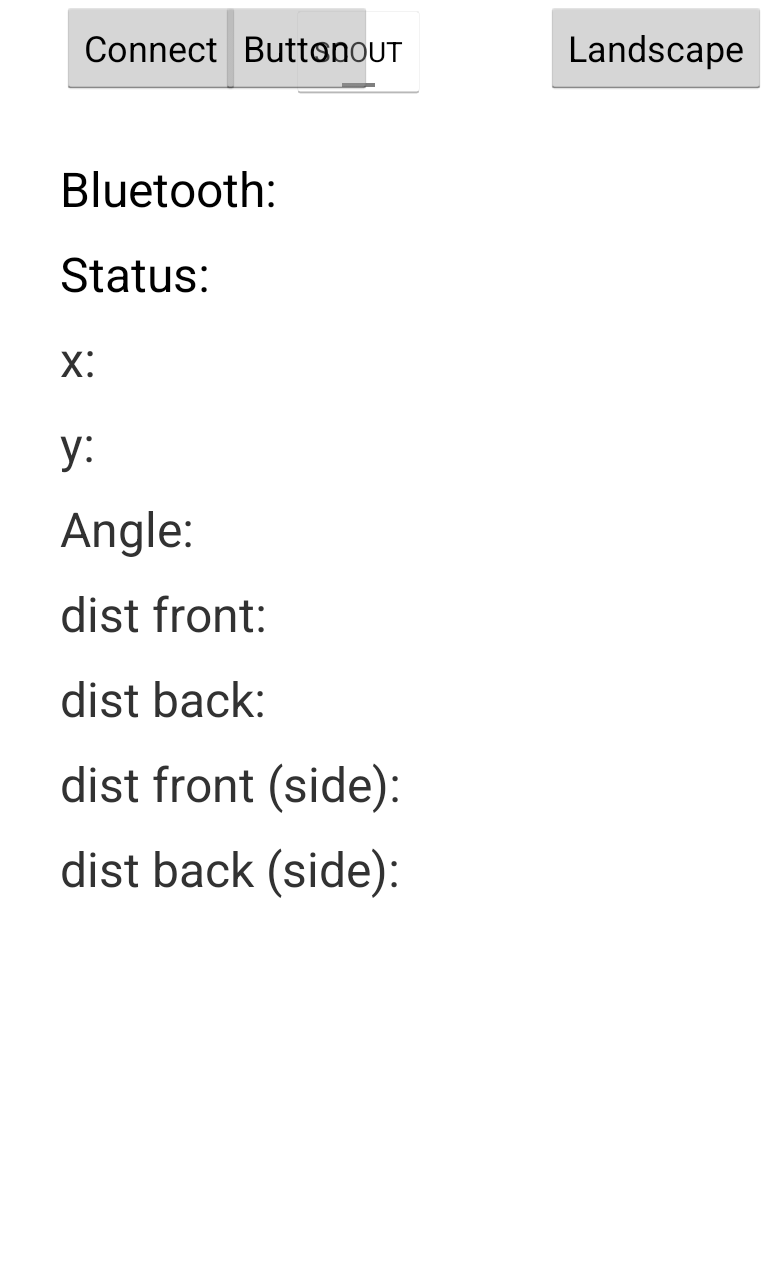
Repository: VietPhamTuyen/HSAMR_HMI_Viet
Layout: NXT/NXT Fernsteuerung/res/layout/fragment_main_pane2l.xml
The author's editor kept a copy of each file at every save. The layout is drawn from the files as they stood at one save, then again after the next save.
It is drawn on a 768 x 1280 px phone screen (xhdpi) without system bars, with theme AppTheme; the app's code is not run.

Above is the layout before, as saved 2014-11-15 13:44:23.

### NXT/NXT Fernsteuerung/res/layout/fragment_main_pane2l.xml
<RelativeLayout xmlns:android="http://schemas.android.com/apk/res/android"
    xmlns:tools="http://schemas.android.com/tools"
    android:id="@+id/RelativeLayout1"
    android:layout_width="match_parent"
    android:layout_height="match_parent"
    android:orientation="vertical" >

    <Button
        android:id="@+id/buttonSetupBluetooth"
        android:layout_width="wrap_content"
        android:layout_height="wrap_content"
        android:layout_alignParentLeft="true"
        android:layout_alignParentRight="false"
        android:layout_alignParentTop="true"
        android:layout_marginBottom="30dp"
        android:layout_marginLeft="30dp"
        android:text="@string/setupBluetooth" />

    <TextView
        android:id="@+id/textViewLabelBluetooth"
        android:layout_width="wrap_content"
        android:layout_height="wrap_content"
        android:layout_alignParentLeft="true"
        android:layout_below="@+id/buttonSetupBluetooth"
        android:layout_toLeftOf="@+id/textViewValueBluetooth"
        android:paddingLeft="30dp"
        android:text="@string/bluetooth_label"
        android:textAppearance="?android:attr/textAppearanceLarge"
        android:textSize="24dp" />

    <TextView
        android:id="@+id/textViewValueBluetooth"
        android:layout_width="wrap_content"
        android:layout_height="wrap_content"
        android:layout_alignBaseline="@+id/textViewLabelBluetooth"
        android:layout_alignParentRight="true"
        android:layout_alignParentTop="true"
        android:gravity="right"
        android:paddingRight="30dp"
        android:textAppearance="?android:attr/textAppearanceLarge"
        android:textSize="24dp" />

    <TextView
        android:id="@+id/textViewValueLabel"
        android:layout_width="wrap_content"
        android:layout_height="wrap_content"
        android:layout_alignParentLeft="true"
        android:layout_below="@+id/textViewLabelBluetooth"
        android:layout_marginTop="10dp"
        android:layout_toLeftOf="@+id/textViewValueStatus"
        android:paddingLeft="30dp"
        android:text="@string/textview_status"
        android:textAppearance="?android:attr/textAppearanceLarge"
        android:textSize="24dp" />

    <TextView
        android:id="@+id/textViewValueStatus"
        android:layout_width="wrap_content"
        android:layout_height="wrap_content"
        android:layout_alignBaseline="@+id/textViewValueLabel"
        android:layout_alignParentRight="true"
        android:layout_alignTop="@+id/textViewValueLabel"
        android:gravity="right"
        android:paddingRight="30dp"
        android:textAppearance="?android:attr/textAppearanceLarge"
        android:textSize="24dp" />

    <TextView
        android:id="@+id/textViewLabelX"
        android:layout_width="wrap_content"
        android:layout_height="wrap_content"
        android:layout_alignParentLeft="true"
        android:layout_below="@+id/textViewValueLabel"
        android:layout_marginTop="10dp"
        android:layout_toLeftOf="@+id/textViewValueX"
        android:paddingLeft="30dp"
        android:text="@string/x_Value"
        android:textSize="24dp" />

    <TextView
        android:id="@+id/textViewValueX"
        android:layout_width="wrap_content"
        android:layout_height="34dp"
        android:layout_alignBaseline="@+id/textViewLabelX"
        android:layout_alignParentRight="true"
        android:layout_alignTop="@+id/textViewLabelX"
        android:gravity="right"
        android:paddingRight="30dp"
        android:textSize="24dp" >
    </TextView>

    <TextView
        android:id="@+id/textViewLabelY"
        android:layout_width="wrap_content"
        android:layout_height="wrap_content"
        android:layout_alignParentLeft="true"
        android:layout_below="@+id/textViewLabelX"
        android:layout_marginTop="10dp"
        android:layout_toLeftOf="@+id/textViewValueY"
        android:paddingLeft="30dp"
        android:text="@string/y_Value"
        android:textAppearance="?android:attr/textAppearanceSmall"
        android:textSize="24dp" />

    <TextView
        android:id="@+id/textViewValueY"
        android:layout_width="wrap_content"
        android:layout_height="wrap_content"
        android:layout_alignBaseline="@+id/textViewLabelY"
        android:layout_alignParentRight="true"
        android:layout_alignTop="@+id/textViewLabelY"
        android:gravity="right"
        android:paddingRight="30dp"
        android:textSize="24dp" >
    </TextView>

    <TextView
        android:id="@+id/TextViewLableAngle"
        android:layout_width="wrap_content"
        android:layout_height="wrap_content"
        android:layout_alignParentLeft="true"
        android:layout_below="@+id/textViewLabelY"
        android:layout_marginTop="10dp"
        android:layout_toLeftOf="@+id/TextViewValueAngle"
        android:paddingLeft="30dp"
        android:text="@string/angle_Value"
        android:textAppearance="?android:attr/textAppearanceSmall"
        android:textSize="24dp" />

    <TextView
        android:id="@+id/TextViewValueAngle"
        android:layout_width="wrap_content"
        android:layout_height="wrap_content"
        android:layout_alignBaseline="@+id/TextViewLableAngle"
        android:layout_alignParentRight="true"
        android:layout_alignTop="@+id/TextViewLableAngle"
        android:gravity="right"
        android:paddingRight="30dp"
        android:textSize="24dp" />

    <TextView
        android:id="@+id/textViewLabelDistanceFront"
        android:layout_width="wrap_content"
        android:layout_height="wrap_content"
        android:layout_alignParentLeft="true"
        android:layout_below="@+id/TextViewLableAngle"
        android:layout_marginTop="10dp"
        android:layout_toLeftOf="@+id/textViewValueDistanceFront"
        android:paddingLeft="30dp"
        android:text="@string/distance_front_value"
        android:textSize="24dp" />

    <TextView
        android:id="@+id/textViewValueDistanceFront"
        android:layout_width="wrap_content"
        android:layout_height="wrap_content"
        android:layout_alignBaseline="@+id/textViewLabelDistanceFront"
        android:layout_alignParentRight="true"
        android:layout_alignTop="@+id/textViewLabelDistanceFront"
        android:gravity="right"
        android:paddingRight="30dp"
        android:textSize="24dp" />

    <TextView
        android:id="@+id/textViewLabelDistanceBack"
        android:layout_width="wrap_content"
        android:layout_height="wrap_content"
        android:layout_alignParentLeft="true"
        android:layout_below="@+id/textViewLabelDistanceFront"
        android:layout_marginTop="10dp"
        android:layout_toLeftOf="@+id/textViewValueDistanceBack"
        android:paddingLeft="30dp"
        android:text="@string/distance_back_value"
        android:textSize="24dp" />

    <TextView
        android:id="@+id/textViewValueDistanceBack"
        android:layout_width="wrap_content"
        android:layout_height="wrap_content"
        android:layout_alignBaseline="@+id/textViewLabelDistanceBack"
        android:layout_alignParentRight="true"
        android:layout_alignTop="@+id/textViewLabelDistanceBack"
        android:gravity="right"
        android:paddingRight="30dp"
        android:textSize="24dp" />

    <TextView
        android:id="@+id/textViewLabelDistanceFrontSide"
        android:layout_width="wrap_content"
        android:layout_height="wrap_content"
        android:layout_alignParentLeft="true"
        android:layout_below="@+id/textViewLabelDistanceBack"
        android:layout_marginTop="10dp"
        android:layout_toLeftOf="@+id/textViewValueDistanceFrontSide"
        android:paddingLeft="30dp"
        android:text="@string/distance_front_side_value"
        android:textSize="24dp" />

    <TextView
        android:id="@+id/textViewValueDistanceFrontSide"
        android:layout_width="wrap_content"
        android:layout_height="wrap_content"
        android:layout_alignBaseline="@+id/textViewLabelDistanceFrontSide"
        android:layout_alignParentRight="true"
        android:layout_alignTop="@+id/textViewLabelDistanceFrontSide"
        android:gravity="right"
        android:paddingRight="30dp"
        android:textSize="24dp" />

    <TextView
        android:id="@+id/textViewLabelDistanceBackSide"
        android:layout_width="wrap_content"
        android:layout_height="wrap_content"
        android:layout_alignParentLeft="true"
        android:layout_below="@+id/textViewLabelDistanceFrontSide"
        android:layout_marginTop="10dp"
        android:layout_toLeftOf="@+id/textViewValueDistanceBackSide"
        android:paddingLeft="30dp"
        android:text="@string/distance_back_side_value"
        android:textSize="24dp" />

    <TextView
        android:id="@+id/textViewValueDistanceBackSide"
        android:layout_width="wrap_content"
        android:layout_height="wrap_content"
        android:layout_alignBaseline="@+id/textViewLabelDistanceBackSide"
        android:layout_alignParentRight="true"
        android:layout_alignTop="@+id/textViewLabelDistanceBackSide"
        android:gravity="right"
        android:paddingRight="30dp"
        android:textSize="24dp" />

    <ToggleButton
        android:id="@+id/toggleMode"
        android:layout_width="wrap_content"
        android:layout_height="wrap_content"
        android:layout_alignBaseline="@+id/buttonSetupBluetooth"
        android:layout_alignBottom="@+id/buttonSetupBluetooth"
        android:layout_marginLeft="24dp"
        android:layout_toRightOf="@+id/buttonSetupBluetooth"
        android:onClick="onToggleClicked"
        android:text="@string/togglebutton"
        android:textOff="SCOUT"
        android:textOn="SCOUT" />

    <Button
        android:id="@+id/landscapebutton"
        android:layout_width="wrap_content"
        android:layout_height="wrap_content"
        android:layout_alignParentRight="true"
        android:layout_alignParentTop="true"
        android:onClick="LandscapeButton"
        android:text="@string/landscapeButton" />

    <Button
        android:id="@+id/button1"
        android:layout_width="wrap_content"
        android:layout_height="wrap_content"
        android:layout_alignParentTop="true"
        android:layout_marginRight="85dp"
        android:layout_toLeftOf="@+id/landscapebutton"
        android:text="Button" />

</RelativeLayout>

### NXT/NXT Fernsteuerung/res/values/strings.xml
<resources>
    <string name="app_name">RCTestapp</string>
    <string name="menu_settings">Settings</string>
    <string name="title_activity_main">RCTestapp</string>
    <string name="title_activity_position_visualization">PositionVisualization</string>
    <string name="x_Value">x:</string>
    <string name="y_Value">y:</string>
    <string name="title_paired_devices">Paired devices</string>
	<string name="title_other_devices">Other devices</string>
	<string name="title_activity_bluetooth">Bluetooth</string>
	<string name="setupBluetooth">Connect</string>
	<string name="text_scan_bt_devices">Scan for devices</string>
	<string name="bt_adapter_available">Bluetooth adapter available</string>
	<string name="toggle_text_pause">SCOUT</string>
	<string name="toggle_text_scout">SCOUT</string>
	<string name="togglebutton">ToggleButton</string>
	<string name="textview_status">Status:</string>
	<string name="angle_Value">Angle:</string>
	<string name="distance_front_value">dist front:</string>
	<string name="distance_front_side_value">dist front (side):</string>
	<string name="distance_back_value">dist back:</string>
	<string name="distance_back_side_value">dist back (side):</string>
	<string name="bluetooth_label">Bluetooth:</string>
	<string name="disconnetButton">Disconnect</string>
	<string name="bt_connect_hint">Please select a Robot from the list. Make sure it has been paired, is within bluetooth reach and has been set to connect mode.</string>


	<string name="landscapeButton">Landscape</string>
	<string name="portraitButton">Portrait</string>
	<string name="testButton">Test</string>
</resources>

Loaded but not shown: NXT/NXT Fernsteuerung/res/values-v11/styles.xml (common file); NXT/NXT Fernsteuerung/res/values-v14/styles.xml (common file); NXT/NXT Fernsteuerung/res/values/styles.xml (common file)

After the next save:
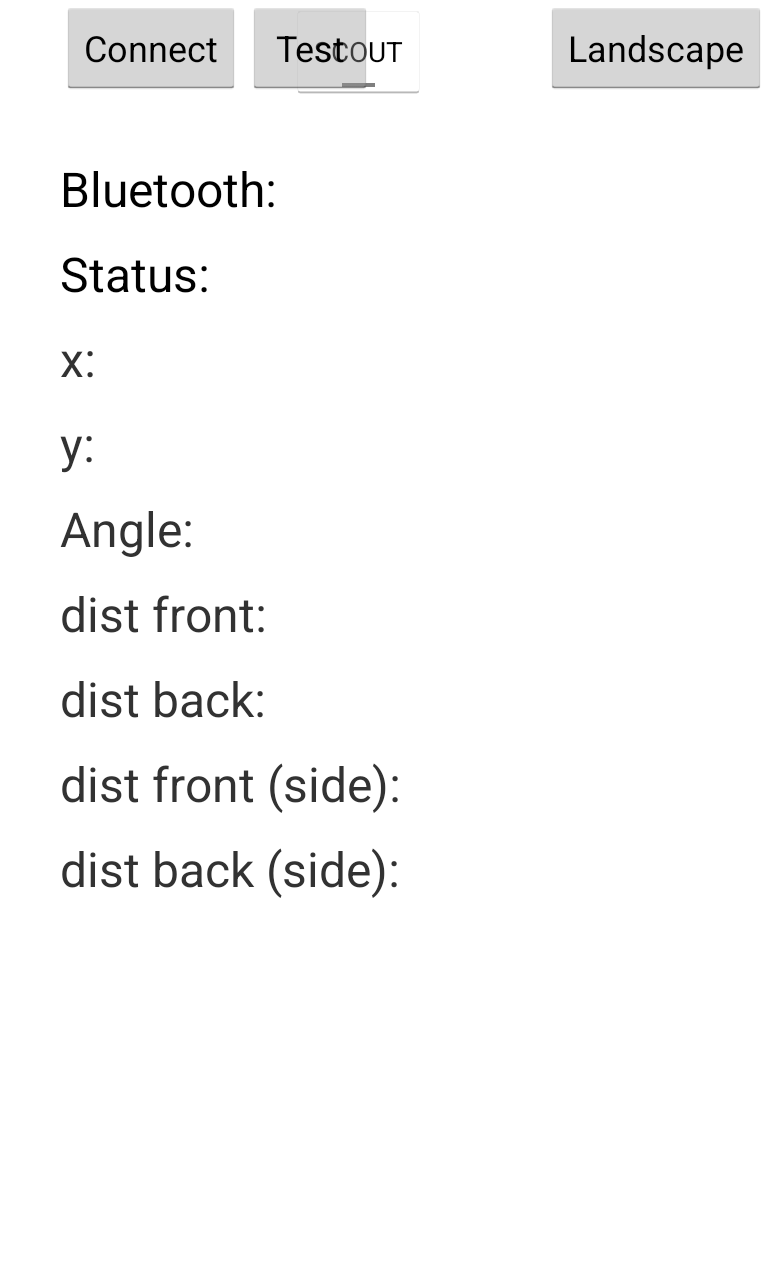
Saved 3 s later.
--- a/NXT/NXT Fernsteuerung/res/layout/fragment_main_pane2l.xml
+++ b/NXT/NXT Fernsteuerung/res/layout/fragment_main_pane2l.xml
@@ -259,6 +259,7 @@
         android:layout_alignParentTop="true"
         android:layout_marginRight="85dp"
         android:layout_toLeftOf="@+id/landscapebutton"
-        android:text="Button" />
+        android:onClick="TestButton"
+        android:text="@string/testButton" />
 
 </RelativeLayout>
